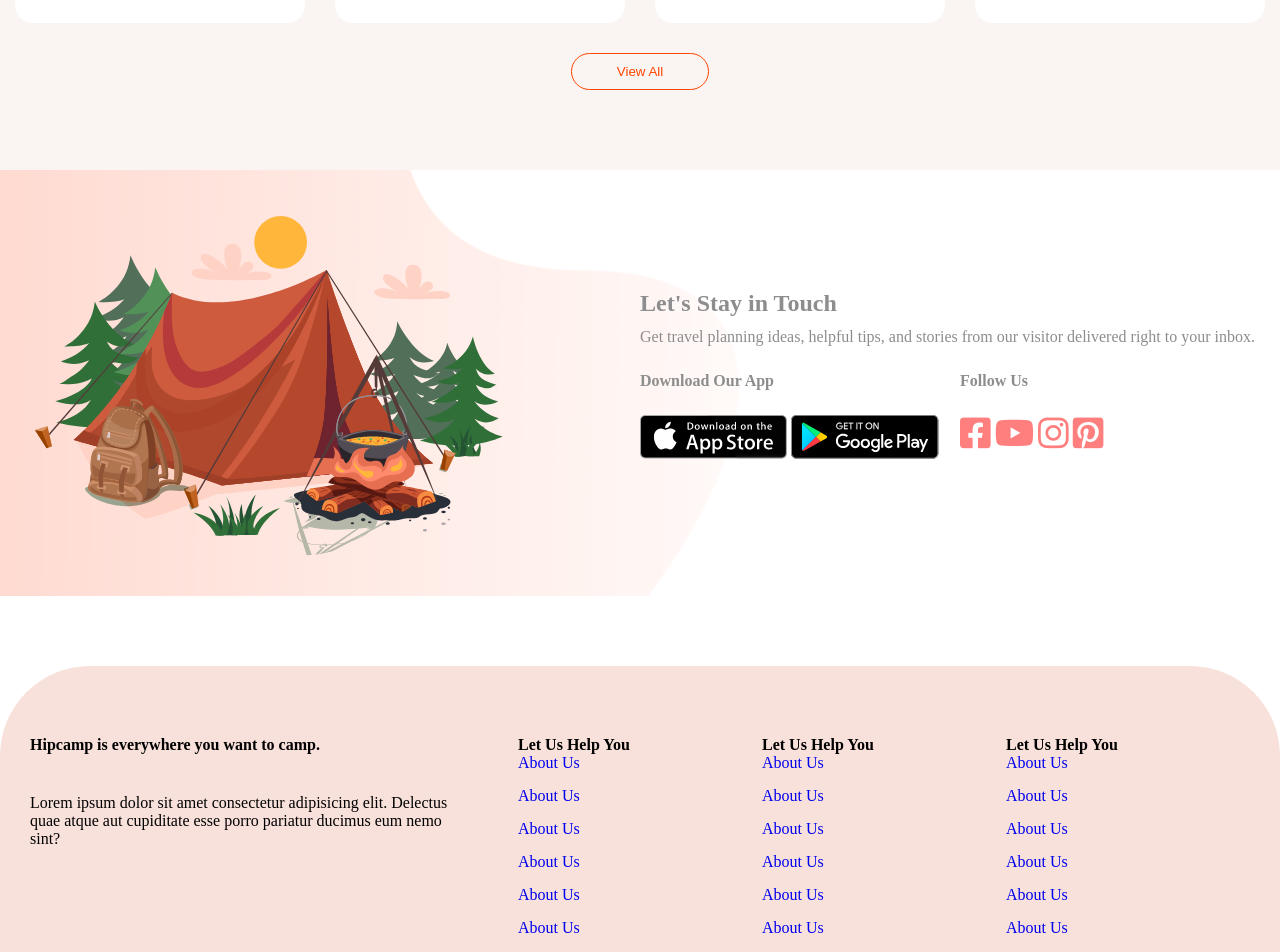
Repository: giahuy405/BC38_Camping_Pham_Gia_Huy
Page: index.html
These files come from the project's save history. The page is drawn as it stood at one moment and after a run of saves; the edit follows.
The browser window is 1280 px wide. The pictures show the part of the page from y = 1265 to 2217 px (the page is 2217 px tall).

Above is the page before, as saved 2022-09-13 19:52:26.

After the next 2 saves:
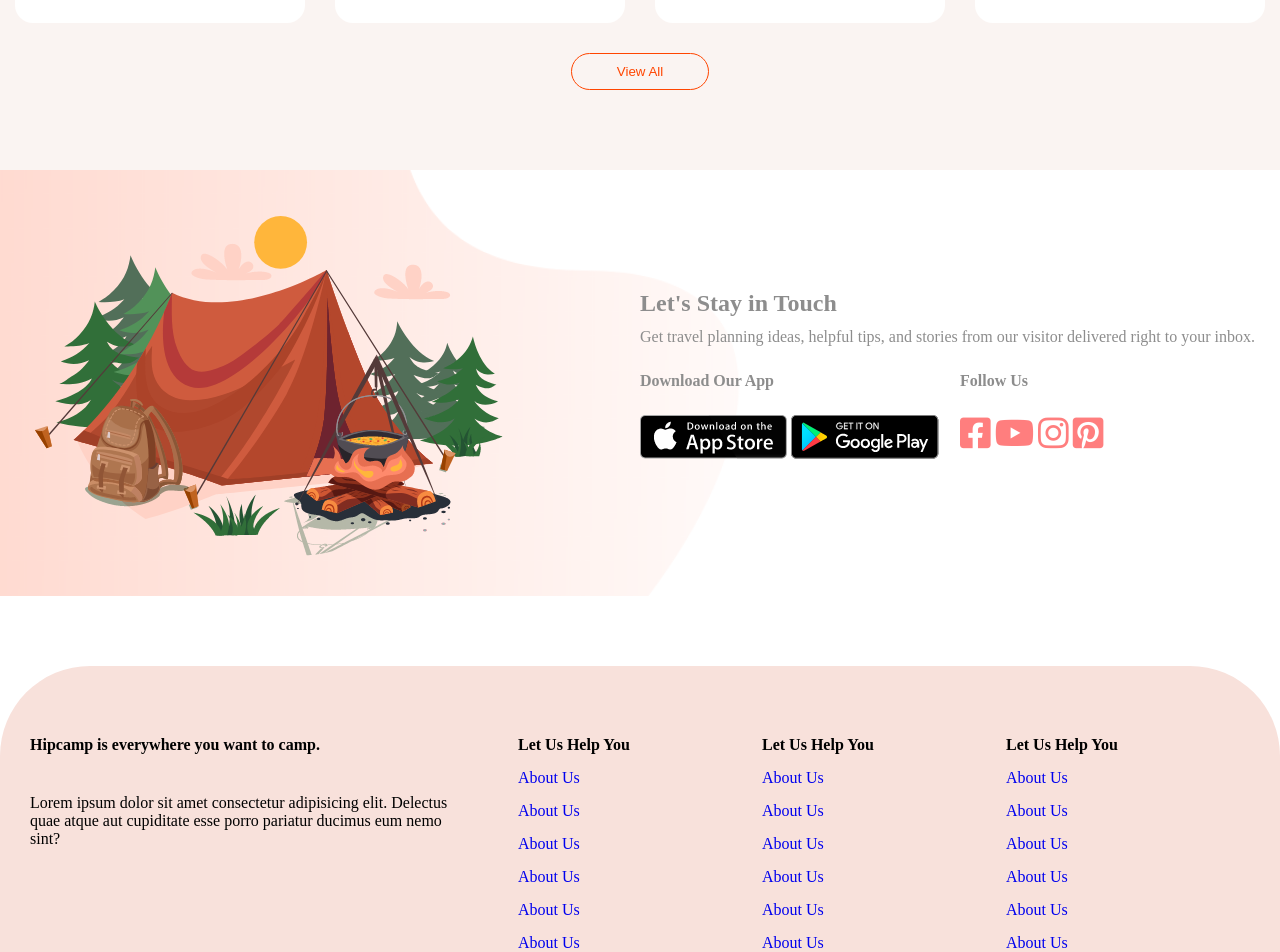
The 2 saves are shown as one change because they came seconds apart.
The last was saved 9 s later.
--- a/css/index.css
+++ b/css/index.css
@@ -185,6 +185,6 @@
     margin-top: 40px;
 }
 .footer__item li{
-    margin-top:  px ;
-    margin-bottom: 15px;
+
+    margin-top: 15px;
 }
